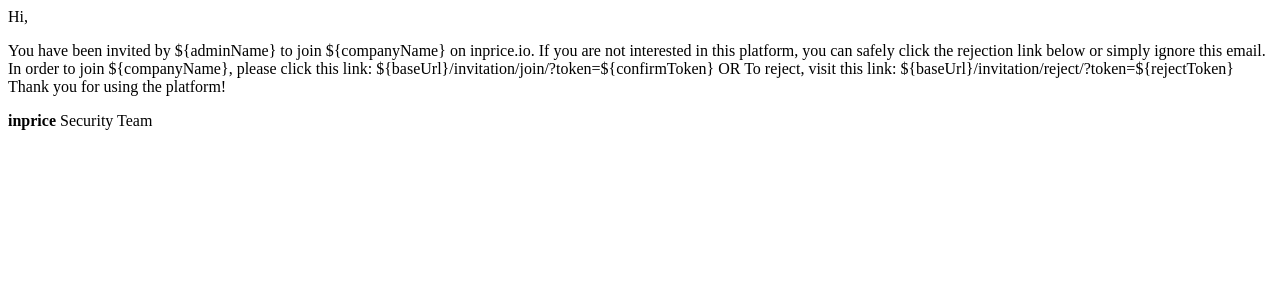
Repository: inprice/api
Page: src/main/resources/templates/invitation-for-new-users.html
These files come from the project's save history. The page is drawn as it stood at one moment and after the next save; the edit follows.
The browser window is 1280 px wide. The pictures show the whole page.

Above is the page before, as saved 2020-03-19 16:50:05.

After the next save:
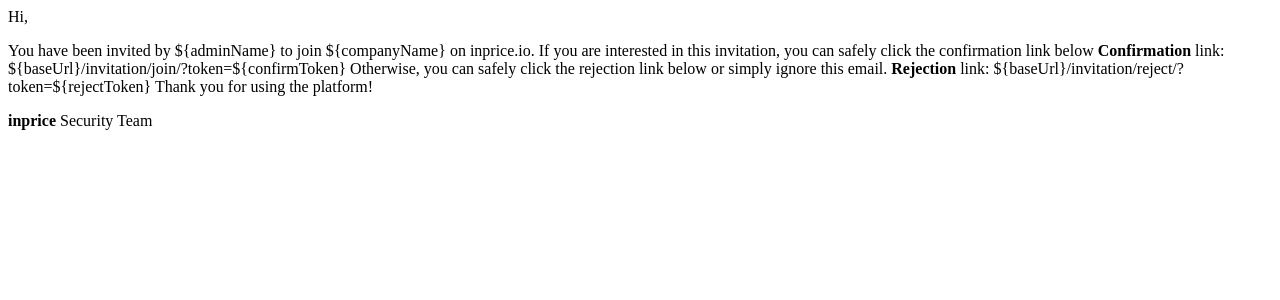
Saved 2 min 41 s later.
--- a/src/main/resources/templates/invitation-for-new-users.html
+++ b/src/main/resources/templates/invitation-for-new-users.html
@@ -6,17 +6,13 @@
     <p>
       You have been invited by ${adminName} to join ${companyName} on inprice.io.
 
-      If you are not interested in this platform, you can safely click the rejection link below or simply ignore this email.
+      If you are interested in this invitation, you can safely click the confirmation link below
+      <strong>Confirmation</strong> link: ${baseUrl}/invitation/join/?token=${confirmToken}
 
-        In order to join ${companyName}, please click this link:
-        ${baseUrl}/invitation/join/?token=${confirmToken}
+      Otherwise, you can safely click the rejection link below or simply ignore this email.
+      <strong>Rejection</strong> link: ${baseUrl}/invitation/reject/?token=${rejectToken}
 
-        OR
-
-        To reject, visit this link:
-        ${baseUrl}/invitation/reject/?token=${rejectToken}
-
-        Thank you for using the platform!
+      Thank you for using the platform!
     </p>
     <strong>inprice</strong> Security Team
 
